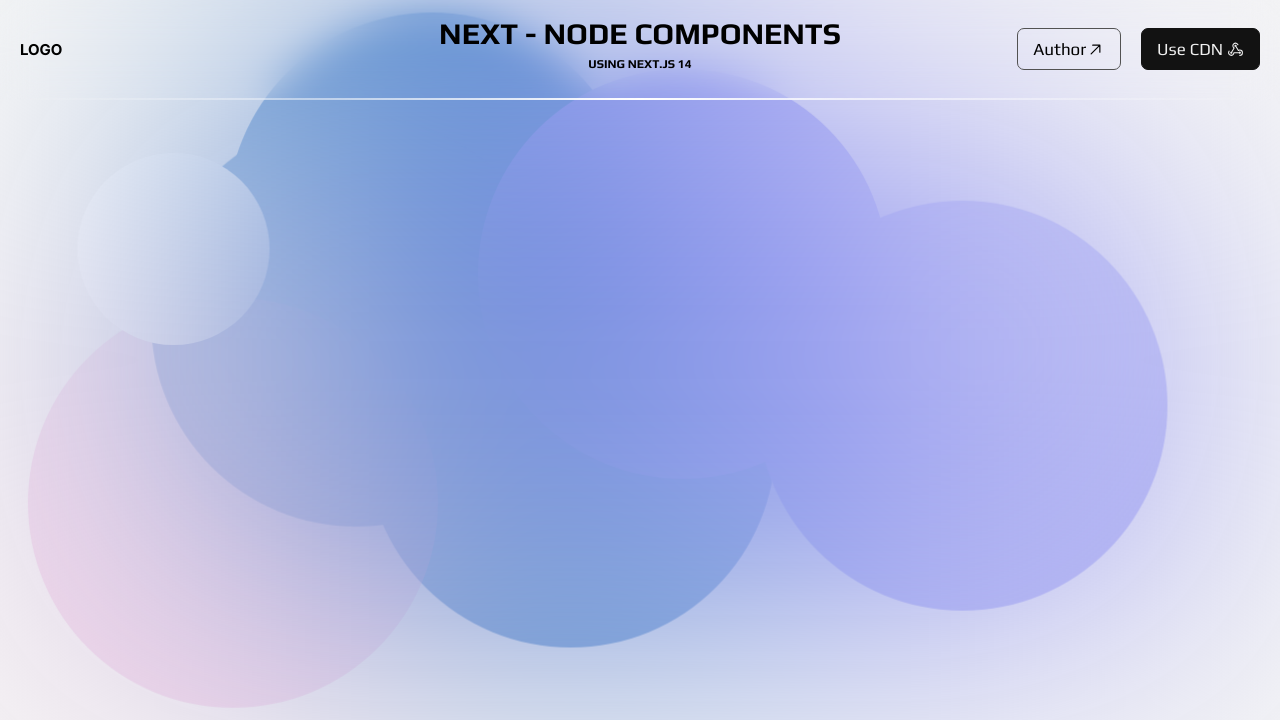
Repository: keval-gohil/komponents
Page: /
An editor plug-in stored every save of this project. The page is shown before and after the next save, followed by the edit.
The browser window is 1280 px wide. The pictures show the whole page.
Some web fonts or font styles are not loaded; a fallback is used. The project was rebuilt for these pictures with package versions that can differ from the ones it lists, and the page was loaded fresh each time. The framework's server and built-in components were replaced by stand-ins that run in the browser. Also part of the build but not shown: next.config.mjs.

Above is the page before, as saved 2024-03-07 13:34:53.

### app/layout.js
import { Inter } from "next/font/google";
import "./globals.css";

const inter = Inter({ subsets: ["latin"] });

export const metadata = {
  title: "Komponents | Next-Node",
  description: "Generated by create next app",
};

export default function RootLayout({ children }) {
  return (
    <html lang="en" suppressHydrationWarning={true}>
      <body className={inter.className}>{children}</body>
    </html>
  );
}

### app/page.js
import Background from '@/components/reuse/background'
import Header from '@/components/reuse/header'
import React from 'react'

const page = () => {
  return (
    <>
      <Background />
      <Header />
    </>
  )
}

export default page

### app/globals.css

*,
*:before,
*:after {
	padding: 0;
	margin: 0;
	box-sizing: border-box;
	-webkit-tap-highlight-color: transparent;
}

html {
	scroll-behavior: smooth;
	font-size: 10px;
}

body {
	width: 100%;
	height: 100%;
	overflow-x: hidden;
	background-color: whitesmoke;
}

.bouncing-blob {
	width: 32vw;
	aspect-ratio: 1;
	border-radius: 50%;
	will-change: transform;
	position: absolute;
	z-index: 1;
	top: 0;
	left: 0;
	transform-origin: left top;
  }

  .bouncing-blob--blue {
	background: #4783c7;
  }

  .bouncing-blob--white {
	background: #ffffff;
	z-index: 2;
	width: 15vw;
  }

  .bouncing-blob--purple {
	background: #8c8ff1;
  }

  .bouncing-blob--pink {
	background: #e289cd50;
  }

  .bouncing-blobs-container {
	position: fixed;
	z-index: -1;
	top: 0;
	left: 0;
	width: 100%;
	height: 100%;
  }

  .bouncing-blobs-glass {
	position: absolute;
	z-index: 2;
	top: 0;
	left: 0;
	width: 100%;
	height: 100%;
	backdrop-filter: blur(140px);
	-webkit-backdrop-filter: blur(140px);
	pointer-events: none;
  }

  .bouncing-blobs {
	position: absolute;
	z-index: 1;
	top: 0;
	left: 0;
	width: 100%;
	height: 100%;
  }

  .main-content {
	display: flex;
	flex-direction: column;
	justify-content: center;
	align-items: center;
	width: 100%;
  }




  @media (max-width: 1200px) {
	.bouncing-blobs-glass {
	  backdrop-filter: blur(120px);
	  -webkit-backdrop-filter: blur(120px);
	}
  }

  @media (max-width: 500px) {
	.bouncing-blob {
	  width: 60vw;
	}
	.bouncing-blob--white {
	  width: 30vw;
	}
	.bouncing-blobs-glass {
	  backdrop-filter: blur(90px);
	  -webkit-backdrop-filter: blur(90px);
	}

  }

### components/reuse/background.js
'use client'
import React, { useEffect } from 'react';

const MIN_SPEED = 1.5;
const MAX_SPEED = 2.5;

function randomNumber(min, max) {
  return Math.random() * (max - min) + min;
}

class Blob {
  constructor(el) {
    this.el = el;
    const boundingRect = this.el.getBoundingClientRect();
    this.size = boundingRect.width;
    this.initialX = randomNumber(0, window.innerWidth - this.size);
    this.initialY = randomNumber(0, window.innerHeight - this.size);
    this.el.style.top = `${this.initialY}px`;
    this.el.style.left = `${this.initialX}px`;
    this.vx =
      randomNumber(MIN_SPEED, MAX_SPEED) * (Math.random() > 0.5 ? 1 : -1);
    this.vy =
      randomNumber(MIN_SPEED, MAX_SPEED) * (Math.random() > 0.5 ? 1 : -1);
    this.x = this.initialX;
    this.y = this.initialY;
  }

  update() {
    this.x += this.vx;
    this.y += this.vy;
    if (this.x >= window.innerWidth - this.size) {
      this.x = window.innerWidth - this.size;
      this.vx *= -1;
    }
    if (this.y >= window.innerHeight - this.size) {
      this.y = window.innerHeight - this.size;
      this.vy *= -1;
    }
    if (this.x <= 0) {
      this.x = 0;
      this.vx *= -1;
    }
    if (this.y <= 0) {
      this.y = 0;
      this.vy *= -1;
    }
  }

  move() {
    this.el.style.transform = `translate(${this.x - this.initialX}px, ${
      this.y - this.initialY
    }px)`;
  }
}

function Background() {
  useEffect(() => {
    const blobEls = document.querySelectorAll('.bouncing-blob');
    const blobs = Array.from(blobEls).map((blobEl) => new Blob(blobEl));

    function update() {
      requestAnimationFrame(update);
      blobs.forEach((blob) => {
        blob.update();
        blob.move();
      });
    }

    requestAnimationFrame(update);

    return () => cancelAnimationFrame(update);
  }, []);

  return (
    <div className="bouncing-blobs-container">
      <div className="bouncing-blobs-glass"></div>
      <div className="bouncing-blobs">
        <div className="bouncing-blob bouncing-blob--blue"></div>
        <div className="bouncing-blob bouncing-blob--blue"></div>
        <div className="bouncing-blob bouncing-blob--blue"></div>
        <div className="bouncing-blob bouncing-blob--white"></div>
        <div className="bouncing-blob bouncing-blob--purple"></div>
        <div className="bouncing-blob bouncing-blob--purple"></div>
        <div className="bouncing-blob bouncing-blob--pink"></div>
      </div>
    </div>
  );
}

export default Background;

### components/reuse/header.js
import React from 'react'
import Style from '@/components/reuse/styles/style.css'

const Header = () => {
  return (
    <>
        <nav>
            <h1>LOGO</h1>
            <h2>Next - Node Components<span>using Next.js 14</span></h2>
            <div>
              <button>Author <i className='mynaui--arrow-up-right'></i></button>
              <button>Use CDN&nbsp;<i className='ph--webhooks-logo'></i></button>
            </div>
        </nav>
    </>
  )
}

export default Header

### components/reuse/styles/style.css

@import url('https://fonts.googleapis.com/css2?family=Anta&family=Play:wght@400;700&display=swap');


nav{
    display: flex;
    justify-content: space-between;
    align-items: center;
    background: transparent;
    backdrop-filter: blur(20px);
    height: 10rem;
    border-bottom: 0.2rem solid transparent;
    border-image: linear-gradient(0.25turn, rgba(56,2,155,0), #fff, rgba(56,2,155,0));
    border-image-slice: 1;
    padding: 0 2rem;
}
nav h1{
    width: 20%;
}
nav h2{
    display: flex;
    flex-direction: column;
    text-align: center;
    font-family: "Play", sans-serif;
    font-weight: 800;
    text-transform: uppercase;
    line-height: 3rem;
    font-size: 3rem;
}
nav h2 span{
    font-size: 1.2rem;
    margin: 0;
    padding: 0;
}

nav div{
    width: 20%;
    display: flex;
    justify-content: end;
    gap: 2rem;
}
nav div button{
    display: flex;
    align-items: end;
    font-size: 1.7rem;
    padding: 1rem 1.5rem;
    padding-bottom: 1rem;
    border: 0.1rem solid #525252;
    border-radius: 0.7rem;
    background: transparent;
    cursor: pointer;
    font-family: "Play", sans-serif;
}
nav div button .mynaui--arrow-up-right {
    display: inline-block;
    width: 1.1em;
    height: 1.1em;
    --svg: url("data:[embedded picture, 231 characters]");
    background-color: currentColor;
    -webkit-mask-image: var(--svg);
    mask-image: var(--svg);
    -webkit-mask-repeat: no-repeat;
    mask-repeat: no-repeat;
    -webkit-mask-size: 100% 100%;
    mask-size: 100% 100%;
}
nav div button .ph--webhooks-logo {
    display: inline-block;
    width: 1em;
    height: 1em;
    --svg: url("data:[embedded picture, 574 characters]");
    background-color: currentColor;
    -webkit-mask-image: var(--svg);
    mask-image: var(--svg);
    -webkit-mask-repeat: no-repeat;
    mask-repeat: no-repeat;
    -webkit-mask-size: 100% 100%;
    mask-size: 100% 100%;
}

nav div button:nth-child(2){
    background: #121212;
    border-color: #121212;
    color: #f0f0f0;
    align-items: center;
}
nav div button:hover {
    text-decoration: underline;
}

After the next save:
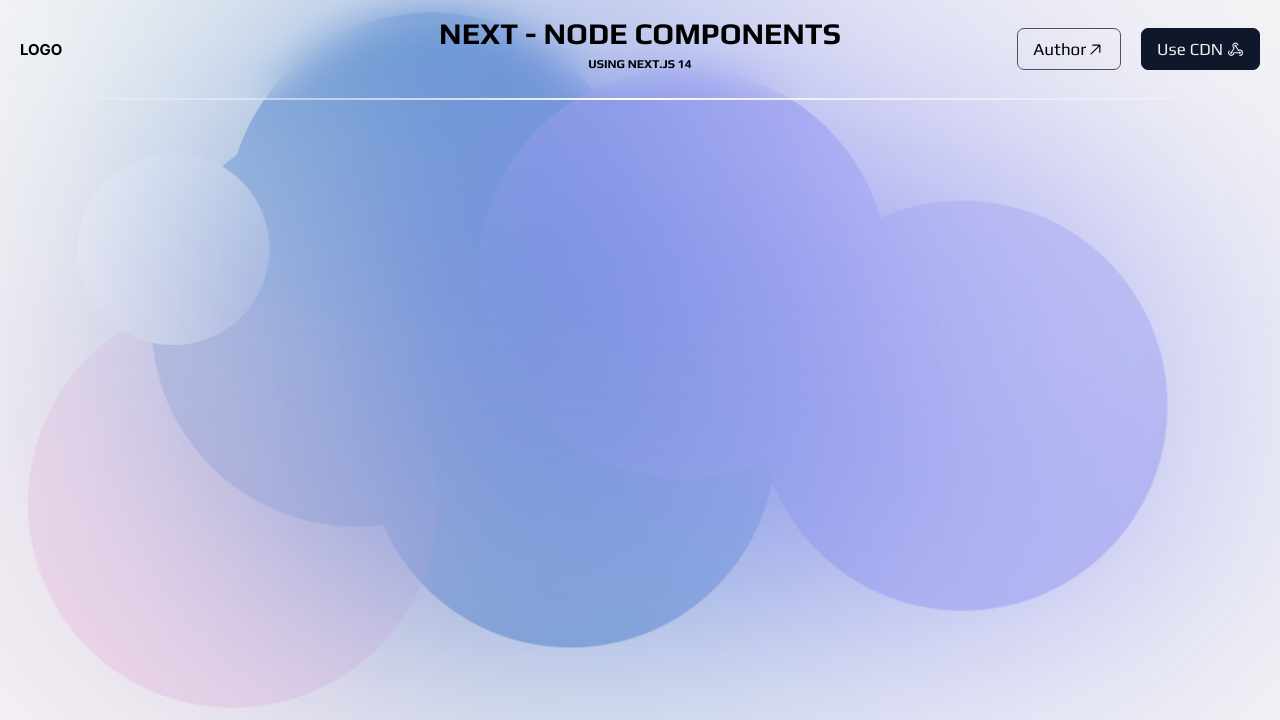
Saved 2 min 22 s later.
--- a/components/reuse/styles/style.css
+++ b/components/reuse/styles/style.css
@@ -79,8 +79,8 @@
 }
 
 nav div button:nth-child(2){
-    background: #121212;
-    border-color: #121212;
+    background: #0f172a;
+    border-color: #0f172a;
     color: #f0f0f0;
     align-items: center;
 }
